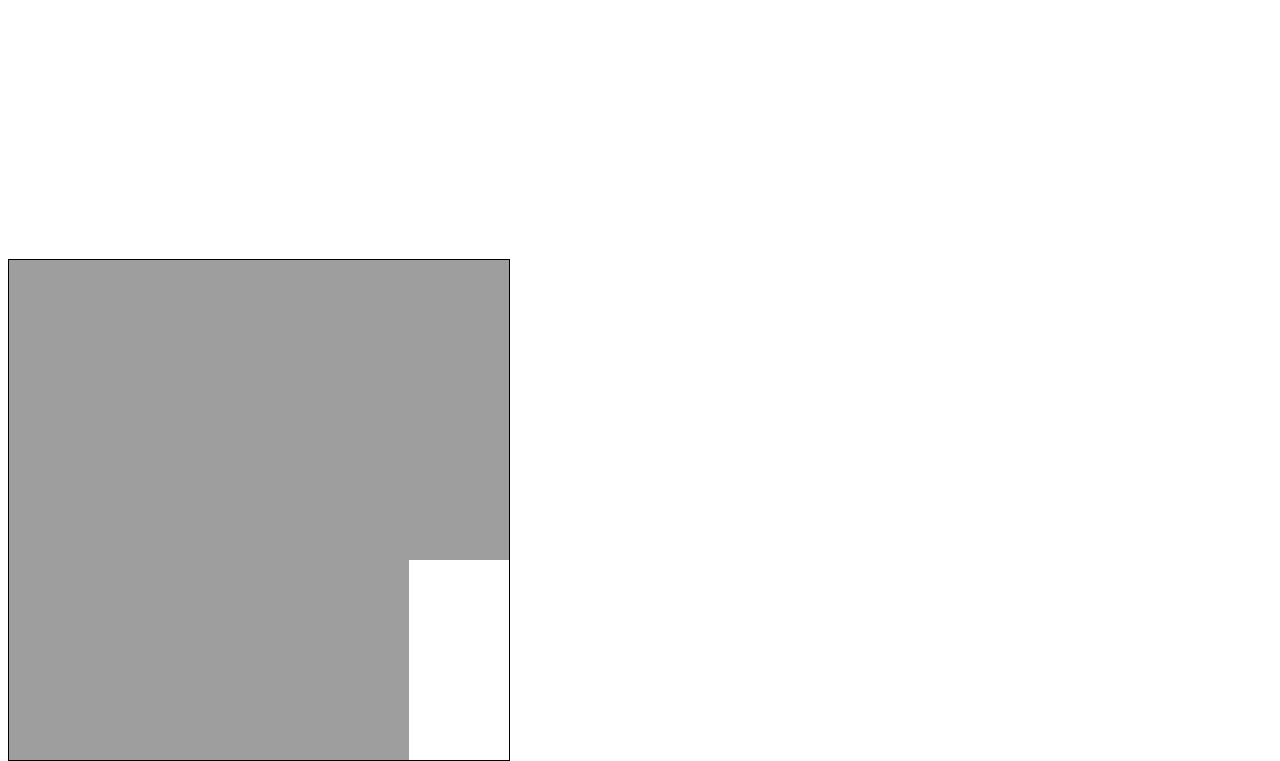
Repository: Tranduchieu2002/FlappyBird
Page: Flappy.html
These files come from the project's save history. The page is drawn as it stood at one moment and after the next save; the edit follows.
The browser window is 1280 px wide. The pictures show the whole page.

Above is the page before, as saved 2021-09-14 15:02:32.

After the next save:
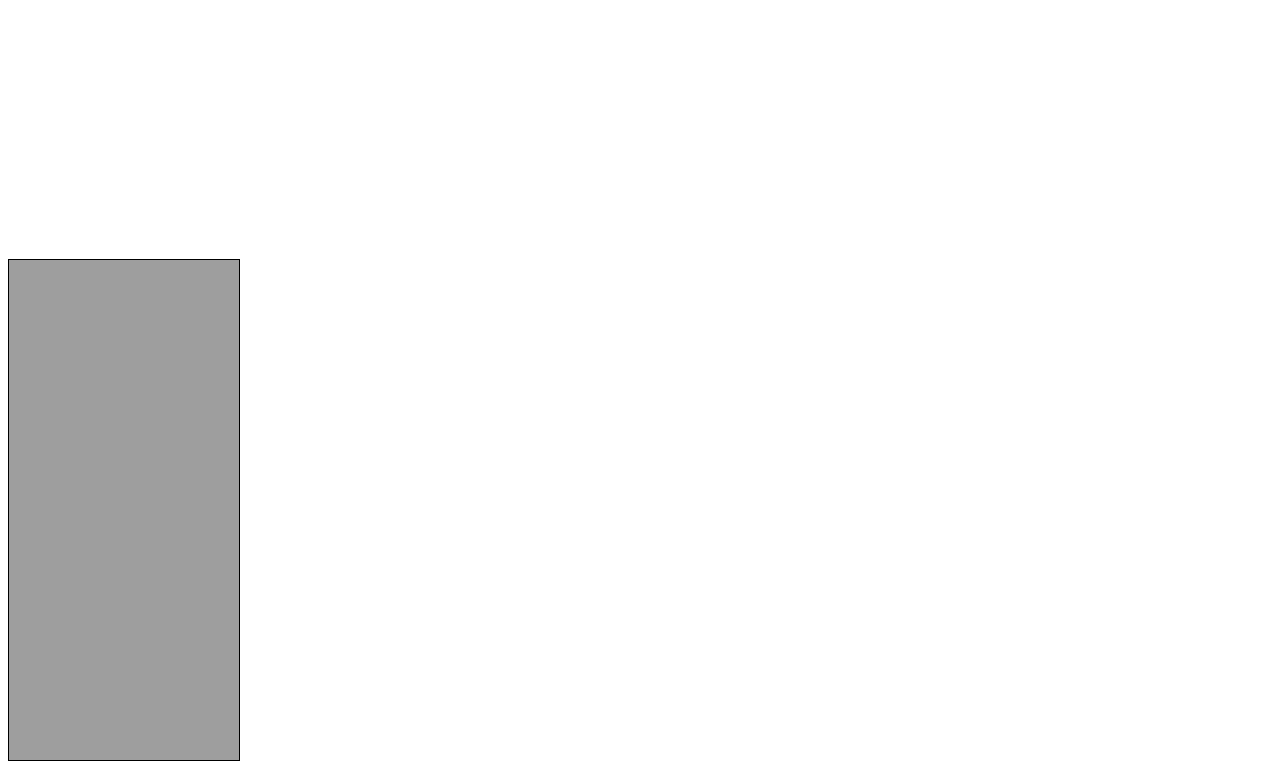
Saved 25 s later.
--- a/Flappy.html
+++ b/Flappy.html
@@ -13,7 +13,7 @@
    </style>
 </head>
 <body>
-   <canvas id="canvas" width="500px" height="500px">
+   <canvas id="canvas" width="230px" height="500px">
 
    </canvas>
    <script src="index.js"></script>
